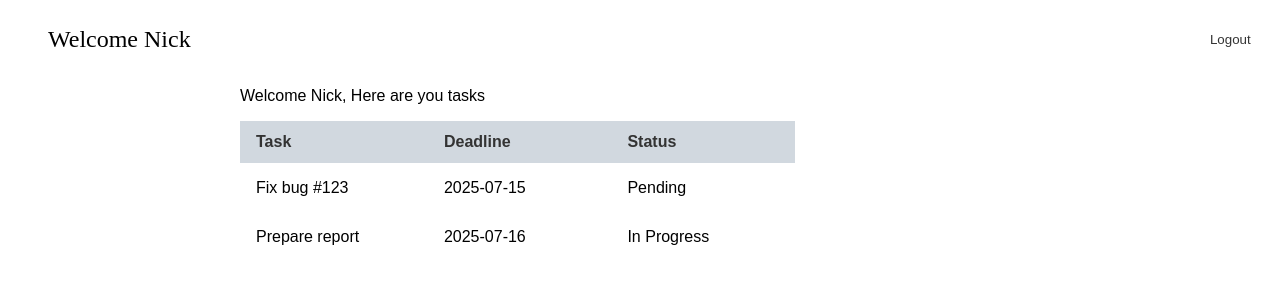
Repository: Edmund-Kiama/todoPHP
Page: /user (app in task-manager-frontend/)
The author's editor kept a copy of each file at every save. The page is drawn from the files as they stood at one save, then again after a run of saves.
The browser window is 1280 px wide. The pictures show the whole page.
The project was rebuilt for these pictures with package versions that can differ from the ones it lists, and the page was loaded fresh each time. Also part of the build but not shown: task-manager-frontend/vite.config.js, task-manager-frontend/src/components/Login/login.css, task-manager-frontend/src/components/Login/Login.vue, task-manager-frontend/src/components/Admin/admin.css, task-manager-frontend/src/components/Admin/AdminDashboard.vue.

Above is the page before, as saved 2025-07-12 22:01:56.

### task-manager-frontend/src/App.vue
<script setup>
  import Navbar from './components/Navbar/Navbar.vue';
  import { store } from './store';
</script>

<template>
  <Navbar />
  <router-view />
</template>

### task-manager-frontend/src/router/index.js
import { createRouter, createWebHistory } from 'vue-router';
import Login from '../components/Login/Login.vue';
import AdminDashboard from '../components/Admin/AdminDashboard.vue';
import UserDashboard from '../components/User/UserDashboard.vue';

const routes = [
  { path: '/', name: 'Login', component: Login },
  { path: '/admin', name: 'AdminDashboard', component: AdminDashboard },
  { path: '/user', name: 'UserDashboard', component: UserDashboard }
];

const router = createRouter({
  history: createWebHistory(),
  routes
});

export default router;

### task-manager-frontend/src/components/Navbar/Navbar.vue

<template>
  <nav v-if="store.user.loggedIn" class="navbar">
    <ul>
      <li v-if="user.role === 'admin'">Welcome Admin {{ user.username }}</li>
      <li v-if="user.role === 'user'">Welcome {{ user.username }}</li>
      <li><button @click="logout">Logout</button></li>
    </ul>
  </nav>
</template>

<script setup>
  import "./nav.css"
  import { store } from '../../store'
  import { useRouter } from 'vue-router'

  const router = useRouter()

  const user = store.user
  if (!user.loggedIn) router.push('/')

  function logout() {
    store.user.role = null
    store.user.loggedIn = false
    localStorage.removeItem('token')
    router.push('/')
  }
</script>

### task-manager-frontend/src/store.js
import { reactive } from 'vue'

export const store = reactive({
  user: {
    role: "user",
    loggedIn: true,
    username: "Nick"
  },
})

### task-manager-frontend/src/components/User/UserDashboard.vue
<script setup>
  import './user.css'
  import { ref, computed } from 'vue';
  import { store } from '../../store';

  // Mocked logged-in user
  const currentUser = 'user@example.com';
  const user = store.user

  // Mocked task list — in a real app, fetch from backend
  const allTasks = ref([
    { title: 'Fix bug #123', user: 'user@example.com', deadline: '2025-07-15', status: 'Pending' },
    { title: 'Prepare report', user: 'user@example.com', deadline: '2025-07-16', status: 'In Progress' },
    { title: 'Update Docs', user: 'bob@example.com', deadline: '2025-07-17', status: 'Pending' }
  ]);

  const userTasks = computed(() =>
    allTasks.value.filter(task => task.user === currentUser)
  );

  function nextStatus(status) {
    if (status === 'Pending') return 'In Progress';
    if (status === 'In Progress') return 'Completed';
    return '';
  }

  function advanceStatus(index) {
    const task = userTasks.value[index];
    if (task.status === 'Pending') {
      task.status = 'In Progress';
    } else if (task.status === 'In Progress') {
      task.status = 'Completed';
    }
  }
</script>
<template>
    <div class="user-dashboard">
      <section>
        <p>Welcome {{ user.username }}, Here are you tasks</p>
        <table v-if="userTasks.length">
          <thead>
            <tr>
              <th>Task</th><th>Deadline</th><th>Status</th>
            </tr>
          </thead>
          <tbody>
            <tr v-for="(task, index) in userTasks" :key="index">
              <td>{{ task.title }}</td>
              <td>{{ task.deadline }}</td>
              <td>{{ task.status }}</td>
              <td>
                <button
                  v-if="task.status !== 'Completed'"
                  @click="advanceStatus(index)"
                >
                  Mark as {{ nextStatus(task.status) }}
                </button>
              </td>
            </tr>
          </tbody>
        </table>

        <p v-else>No tasks assigned to you.</p>
      </section>
    </div>
</template>

### task-manager-frontend/src/components/Navbar/nav.css
.navbar {
    background: white;
}
.navbar ul {
    display: flex;
    justify-content: space-between;
    align-items: center;
    gap: 1rem;
    list-style: none;
    font-size: 1.5em;
}
.navbar ul li {
    display: flex;
    align-items: center;
}
.navbar button {
    text-decoration: none;
    background: none;
    border: none;
    padding: 0.5rem;
    border-radius: 5px;
    color: #333;
    transition: all;
    transition-duration: 300ms;
    cursor: pointer;
    margin-right: 1em;
}
.navbar button:hover {
    background-color:  #3498db;
    color: white;
}

### task-manager-frontend/src/components/User/user.css
.user-dashboard {
    max-width: 800px;
    margin: 2rem auto;
    font-family: Arial, sans-serif;
}

.user-dashboard table {
    width: 100%;
    border-collapse: collapse;
    margin-top: 1rem;
    font-family: sans-serif;
    border: none; /* remove outer border */
}
.user-dashboard th,
.user-dashboard td {
    padding: 0.75rem 1rem;
    text-align: left;
    border: none; /* remove inner lines */
    vertical-align: middle;
    min-width: 100px;
}

.user-dashboard th {
    background-color: #d1d8df;
    font-weight: bold;
    color: #333;
}

.user-dashboard td button {
    visibility: hidden;
    background-color: #4DA2F7;
    color: white;
    border: none;
    padding: 5px 10px;
    margin-right: 5px;
    border-radius: 4px;
    cursor: pointer;
    transition: background-color 0.2s ease;
}

.user-dashboard button:hover {
    background-color: #1c74d9;
}

.user-dashboard tr:hover td button {
    visibility: visible;
}

.user-dashboard tr:hover {
    background-color: #f0f8ff;
}

Loaded but not shown: task-manager-frontend/index.html (common file); task-manager-frontend/src/main.js (common file)

After the next 2 saves:
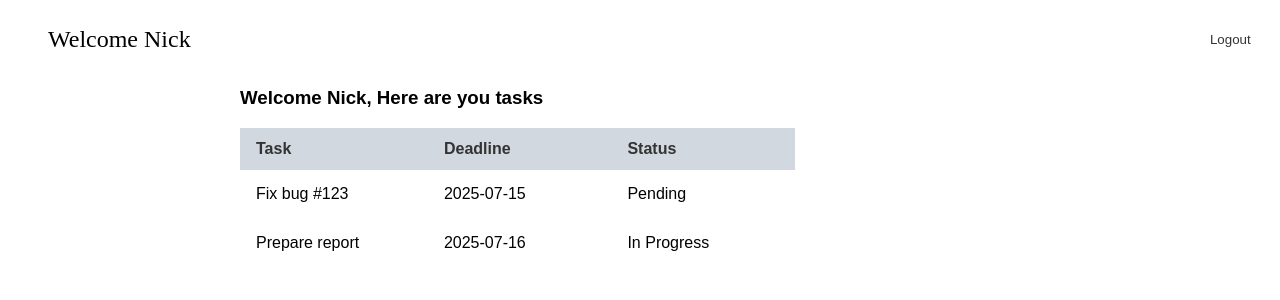
The 2 saves are shown as one change because they came seconds apart.
The last was saved 9 s later.
--- a/task-manager-frontend/src/components/User/UserDashboard.vue
+++ b/task-manager-frontend/src/components/User/UserDashboard.vue
@@ -36,7 +36,7 @@
 <template>
     <div class="user-dashboard">
       <section>
-        <p>Welcome {{ user.username }}, Here are you tasks</p>
+        <h3>Welcome {{ user.username }}, Here are you tasks</h3>
         <table v-if="userTasks.length">
           <thead>
             <tr>
